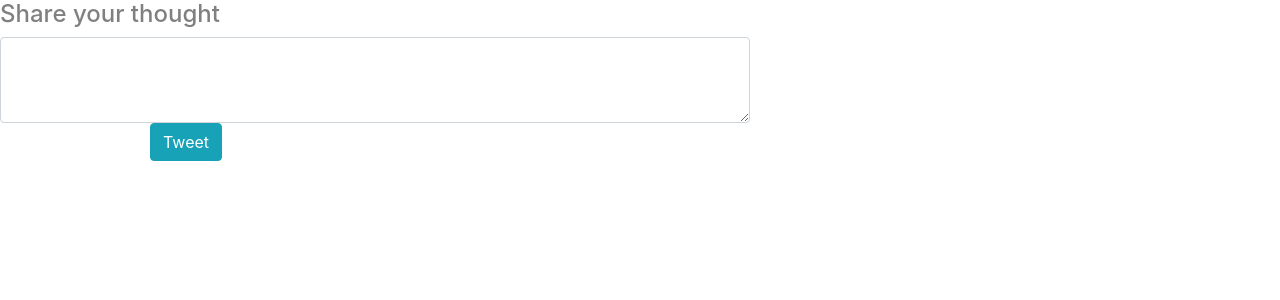
Repository: rashmikagamage/OAuth-Implementation
Page: / (app in frontend/)
These files come from the project's save history. The page is drawn as it stood at one moment and after the next save; the edit follows.
The browser window is 1280 px wide. The pictures show the whole page.
Some web libraries are served in a nearby version. The project was rebuilt for these pictures with package versions that can differ from the ones it lists, and the page was loaded fresh each time. Also part of the build but not shown: frontend/src/components/login.js, frontend/src/components/git-home.js, frontend/src/App.css.

Above is the page before, as saved 2021-09-08 10:03:56.

After the next save:
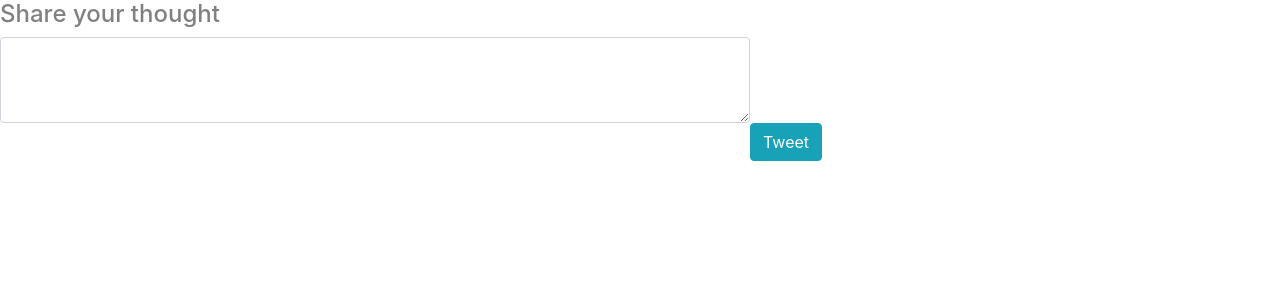
Saved 7 s later.
--- a/frontend/src/css/twitter.css
+++ b/frontend/src/css/twitter.css
@@ -18,5 +18,5 @@
 }
 
 .twt-button{
-    margin-left: 150px;
+    margin-left: 750px;
 }
